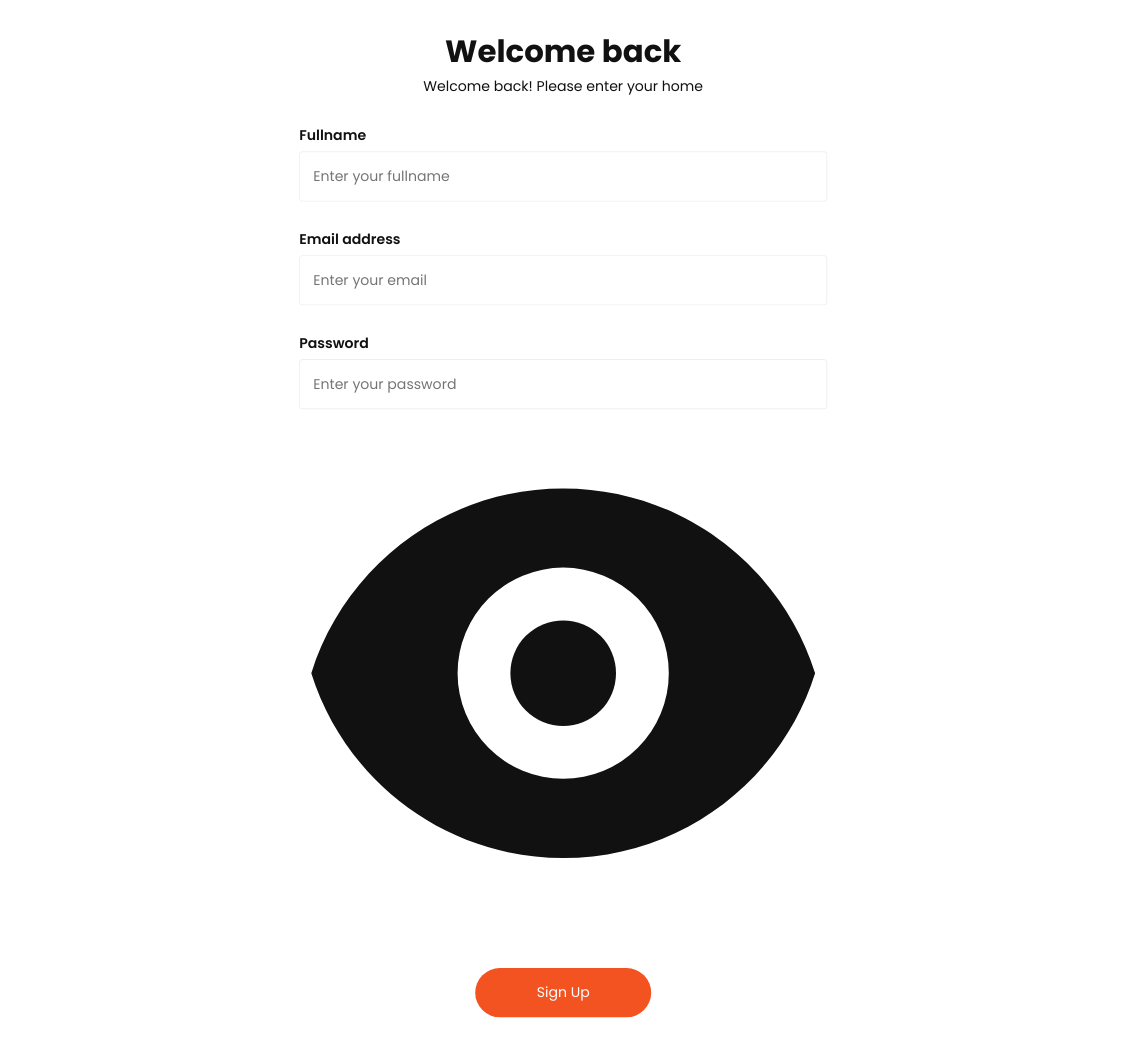
Repository: hoang0508/ReactJs-Fruits
Page: /sign-up
The author's editor kept a copy of each file at every save. The page is drawn from the files as they stood at one save, then again after the next save.
The browser window is 1280 px wide. The pictures show the whole page, at 88% of full size.
The project was rebuilt for these pictures with package versions that can differ from the ones it lists, and the page was loaded fresh each time. Also part of the build but not shown: src/Pages/NotFoundPage.js, src/hooks/useHookAPI.js, src/hooks/useLocalStrorage.js, src/components/context/Auth-Context.js, src/components/Media/Social.scss, src/components/Media/Social.js, src/components/Footer/Footercoppy.js, src/components/Footer/Footer.js and 33 more.

Above is the page before, as saved 2022-05-12 10:29:51.

After the next save:
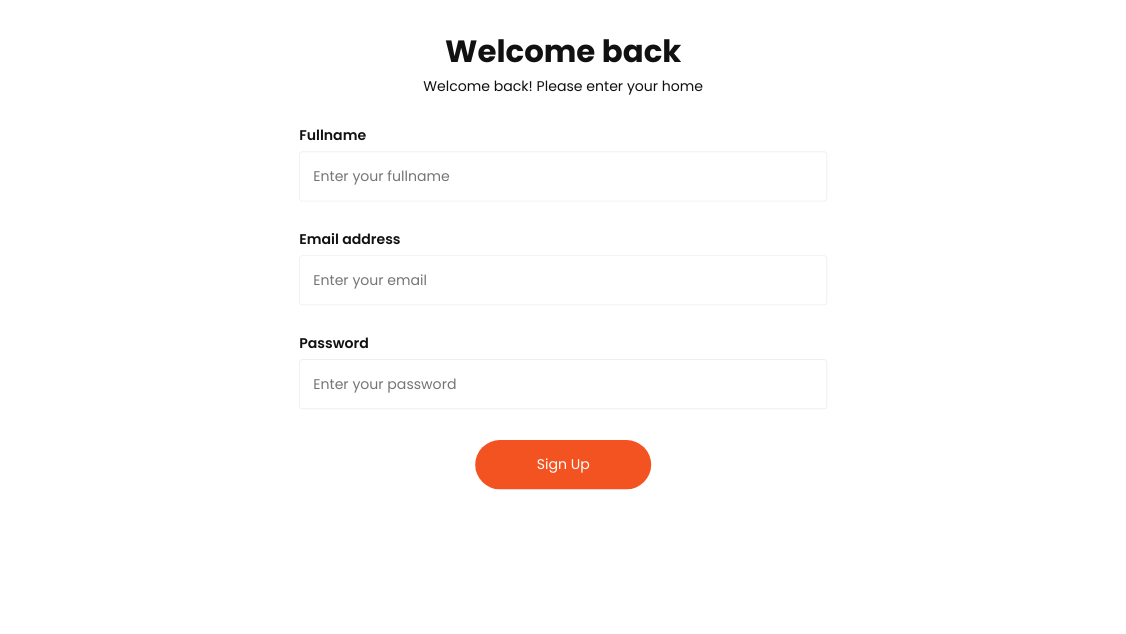
Saved 32 s later.
--- a/src/components/Input/Input.js
+++ b/src/components/Input/Input.js
@@ -9,10 +9,17 @@ const InputStyles = styled.div`
     padding: 15px;
     border-radius: 4px;
     transition: all 0.25s linear;
+    position: relative;
     &:focus {
       background-color: ${(props) => props.theme.bgColor};
       border-color: ${(props) => props.theme.primary};
     }
+  }
+  .input-icon {
+    position: absolute;
+    top: 50%;
+    left: 50%;
+    transform: translate(-50%, -50%);
   }
 `;
 
